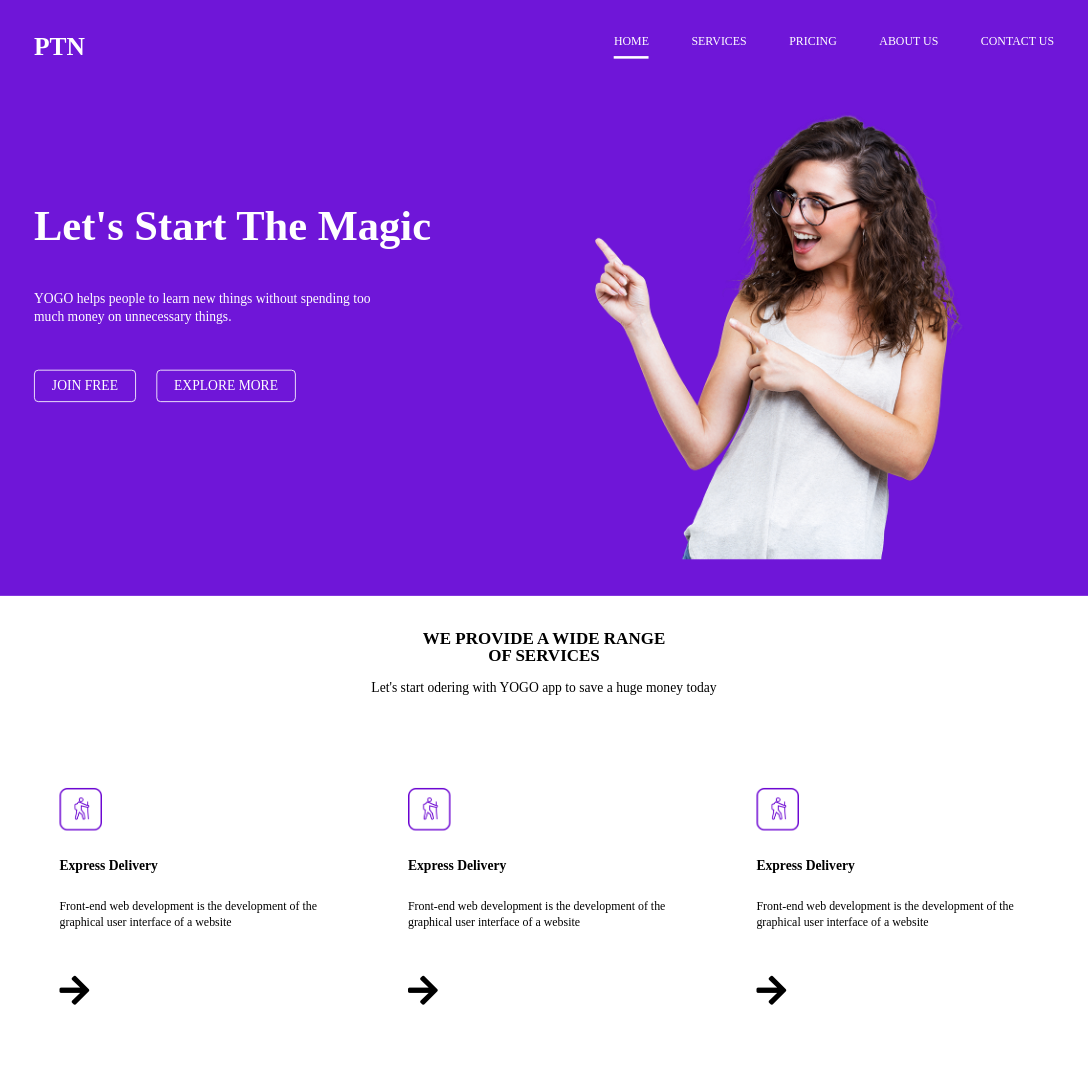
Repository: PhamTrungNguyen/LuyenTap
Page: index.html
These files come from the project's save history. The page is drawn as it stood at one moment and after the next save; the edit follows.
The browser window is 1280 px wide. The pictures show the whole page, at 85% of full size.
Some web fonts or font styles are not loaded; a fallback is used. The style sheet was rebuilt from its Sass, Less or Tailwind sources for each picture, by a compiler version that may differ from the author's.

Above is the page before, as saved 2021-12-05 20:03:48.

### index.html
<!DOCTYPE html>
<html lang="en">

<head>
    <meta charset="UTF-8">
    <meta http-equiv="X-UA-Compatible" content="IE=edge">
    <meta name="viewport" content="width=device-width, initial-scale=1.0">
    <title>TN_YoGo</title>
    <link rel="stylesheet" href="./reset.css">
    <link rel="stylesheet" href="./style.css">
    <!-- link truyền icon -->
    <link rel="stylesheet" href="https://cdnjs.cloudflare.com/ajax/libs/font-awesome/5.15.3/css/all.min.css"
        integrity="sha512-iBBXm8fW90+nuLcSKlbmrPcLa0OT92xO1BIsZ+ywDWZCvqsWgccV3gFoRBv0z+8dLJgyAHIhR35VZc2oM/gI1w=="
        crossorigin="anonymous" referrerpolicy="no-referrer" />
    <!-- link font chữ -->
    <link
        href="https://fonts.googleapis.com/css2?family=Roboto:ital,wght@0,300;0,400;1,300;1,400&family=Zen+Loop&display=swap"
        rel="stylesheet">
</head>

<body>
    <!-- -------------------- Logo và menu -------------------- -->
    <header class="header">
        <div class="container">
            <div class="header-main">
                <a href="#" class="header-main_logo">PTN</a>
                <ul class="header-main_menu">
                    <li class="header-main_menu__item">
                        <a href="" class="header-main_menu__link active-home">Home</a>
                    </li>
                    <li class="header-main_menu__item">
                        <a href="" class="header-main_menu__link">Services</a>
                    </li>
                    <li class="header-main_menu__item">
                        <a href="" class="header-main_menu__link">Pricing</a>
                    </li>
                    <li class="header-main_menu__item">
                        <a href="" class="header-main_menu__link">About Us</a>
                    </li>
                    <li class="header-main_menu__item">
                        <a href="" class="header-main_menu__link">Contact Us</a>
                    </li>
                </ul>
            </div>
            <!-- -------------------- Phần header trung tâm -------------------- -->
            <div class="header-center">
                <div class="header-left">
                    <h2 class="header-left_title">Let's Start The Magic</h2>
                    <p class="header-left_desc">YOGO helps people to learn new things without spending too much money on
                        unnecessary things.</p>
                    <div class="header-left_click">
                        <a href="" class="header-left_link">join free</a>
                        <a href="" class="header-left_link">explore more</a>
                    </div>
                </div>
                <div class="header-right">
                    <img src="./images/home-pic.png" alt="" class="header-right_image">
                </div>
            </div>
        </div>
    </header>
    <!-- -------------------- Phần service ( dưới header ) -------------------- -->
    <section class="service">
        <div class="container">
            <div class="service-over">
                <h2 class="service-over_title">we provide a wide range of services</h2>
                <p class="service-over_desc">Let's start odering with YOGO app to save a huge money today</p>
            </div>
            <div class="service-below">
                <div class="service-below--list">
                    <div class="service-below--block">
                        <img src="./images/Icon-1.png" alt="" class="service-below_icon">
                        <h3 class="service-below_title">Express Delivery</h3>
                        <span class="service-below_desc">Front-end web development is the development of the graphical user interface of a website</span>
                        <div class="service-below_item">
                            <i class="fas fa-arrow-right"></i>
                        </div>
                    </div>
                </div>
                <div class="service-below--list">
                    <div class="service-below--block">
                        <img src="./images/Icon-1.png" alt="" class="service-below_icon">
                        <h3 class="service-below_title">Express Delivery</h3>
                        <span class="service-below_desc">Front-end web development is the development of the graphical user interface of a website</span>
                        <div class="service-below_item">
                            <i class="fas fa-arrow-right"></i>
                        </div>
                    </div>
                </div>
                <div class="service-below--list">
                    <div class="service-below--block">
                        <img src="./images/Icon-1.png" alt="" class="service-below_icon">
                        <h3 class="service-below_title">Express Delivery</h3>
                        <span class="service-below_desc">Front-end web development is the development of the graphical user interface of a website</span>
                        <div class="service-below_item">
                            <i class="fas fa-arrow-right"></i>
                        </div>
                    </div>
                </div>

            </div>
        </div>
    </section>

</body>

</html>

### reset.css
/* http://meyerweb.com/eric/tools/css/reset/
   v2.0 | 20110126
   License: none (public domain)
*/

html,
body,
div,
span,
applet,
object,
iframe,
h1,
h2,
h3,
h4,
h5,
h6,
p,
blockquote,
pre,
a,
abbr,
acronym,
address,
big,
cite,
code,
del,
dfn,
em,
img,
ins,
kbd,
q,
s,
samp,
small,
strike,
strong,
sub,
sup,
tt,
var,
b,
u,
i,
center,
dl,
dt,
dd,
ol,
ul,
li,
fieldset,
form,
label,
legend,
table,
caption,
tbody,
tfoot,
thead,
tr,
th,
td,
article,
aside,
canvas,
details,
embed,
figure,
figcaption,
footer,
header,
hgroup,
menu,
nav,
output,
ruby,
section,
summary,
time,
mark,
audio,
video {
  margin: 0;
  padding: 0;
  border: 0;
  font-size: 100%;
  font: inherit;
  vertical-align: baseline;
}
/* HTML5 display-role reset for older browsers */
article,
aside,
details,
figcaption,
figure,
footer,
header,
hgroup,
menu,
nav,
section {
  display: block;
}
body {
  line-height: 1;
}
ol,
ul {
  list-style: none;
}
blockquote,
q {
  quotes: none;
}
blockquote:before,
blockquote:after,
q:before,
q:after {
  content: "";
  content: none;
}
table {
  border-collapse: collapse;
  border-spacing: 0;
}

### style.scss
html {
  font-size: 62.5%;
}
* {
  box-sizing: border-box;
}
body {
  font-family: "Bona Nova", serif;
  font-size: 1.6rem;
  font-weight: normal;
  outline: none;
}
a {
  text-decoration: none;
}
img {
  max-width: 100%;
}
.container {
  padding: 4rem;
}
.active-home {
  border-bottom: 3px solid white !important;
  padding-bottom: 10px;
}
.header {
  //-------------------- Logo và menu --------------------
  background-color: #6f16d8;
  &-main {
    // max-width: 1100px;
    display: flex;
    flex-direction: row;
    justify-content: space-between;
    &_logo {
      display: inline-block;
      text-transform: uppercase;
      font-size: 3rem;
      font-weight: 700;
      color: white;
    }
    &_menu {
      cursor: pointer;
      display: flex;
      flex-direction: row;
      position: relative;
      &__item:not(:last-child) {
        margin-right: 5rem;
      }
      &__link {
        text-transform: uppercase;
        display: inline-block;
        color: white;
        font-size: 1.4rem;
        border-bottom: 2px solid transparent;
        padding-bottom: 10px;
        transition: all 0.25s linear;
      }
      &__link:hover {
        color: black;
        border-bottom: 3px solid white;
      }
    }
  }
}
@media screen and (max-width: 767px) {
  .container {
    padding: 3rem;
  }
  .header-main {
    display: block;
    &_logo {
      display: block;
      text-align: center;
      padding-bottom: 1rem;
    }
  }
  .header-main_menu__item:not(:last-child) {
    margin-right: 1.4rem;
  }
  .header-main_menu__link {
    font-size: 1.5rem;
    text-transform: capitalize;
  }
}
//-------------------- Phần header trung tâm --------------------
.header {
  &-center {
    padding-top: 15rem;
    display: flex;
    justify-content: space-between;
  }
  &-left {
    margin-top: 2rem;
    &_title {
      color: white;
      font-size: 5rem;
      font-weight: bold;
      padding-bottom: 5rem;
    }
    &_desc {
      color: white;
      max-width: 400px;
      line-height: 1.4;
      padding-bottom: 5rem;
    }
    &_link {
      display: inline-block;
      padding: 1rem 2rem;
      color: white;
      text-transform: uppercase;
      border-radius: 0.5rem;
      border: 1px solid white;
      transition: all 0.25s linear;
      margin-right: 2rem;
    }
    &_link:hover {
      background-color: #fff;
      color: black;
    }
  }
  &-right {
    margin-right: 10rem;
    margin-top: -10rem;
    &_image {
      width: 45rem;
    }
  }
}
@media screen and (max-width: 1023px) {
  .header-left {
    margin-top: 0rem;
  }
  .header-center {
    padding-top: 8rem;
  }
  .header-right {
    margin-right: 0rem;
    margin-top: -3rem;
  }
  .header-left_title {
    padding-bottom: 3rem;
  }
  .header-left_desc {
    max-width: 350px;
    padding-bottom: 4rem;
  }
}
@media  screen and (max-width:767px){
  .header-center {
    padding-top: 4rem;
}
  .header-left_title {
    font-size: 2rem;
    padding-bottom: 2rem;
}
.header-right_image {
  width: 50rem;
  height: 24rem;
}
.header-right {
  margin-right: -3rem;
  margin-top: 0rem;
}
.header-left_desc {
  line-height: 1.2;
  padding-bottom: 0rem;
  font-size: 1.2rem;
}
.header-left_link {
  margin-top: 2rem;
  padding: 0.5rem 1rem;
  font-size: 1.5rem;
  margin-right: 0rem;
  max-width: 10rem;
  text-align: center;
}
}
//-------------------- Phần service ( dưới header ) --------------------
.service
{
  &-over
  {
    padding-bottom: 5rem;
    text-align: center;
    &_title
    {
      margin: 0 auto;
      text-transform: uppercase;
      color: black;
      font-size: 2rem;
      font-weight: 600;
      max-width:300px;
      padding-bottom: 2rem;
    }
  }
  &-below
  {

    display:flex;
    flex-wrap: wrap;
    &--block{
      padding:6rem 3rem 4rem 3rem;
      // background-color: #6f16d8;
      border-radius:1rem;
      transition: all 0.75s ease;
    }
    &--list{
      width: calc(33.33% - 2rem);

    }
    &--list:hover{
      .service-below--block{
        background-color: #6f16d8
      }
      .service-below_title , .service-below_desc,.service-below_item {
        transition: all 0.75s ease;
        color:white;
      }


    }
    &--list:not(:last-child)
    {
      margin-right: 3rem;

    }
    &_icon {
     width:5rem;
     height:5rem;
     margin-bottom: 3rem;
    }
    &_title{
      color: black;
      font-weight: 600;
      padding-bottom: 3rem;
      // transition: all 0.5s ease;
    }
    &_desc{
      color: black;
      line-height:1.4;
      word-break: break-word;
      font-size: 1.4rem;
      // transition: all 0.5s ease;
    }
    &_item{
      padding-top: 5rem;
      font-size: 4rem;
    }
  }
}

After the next save:
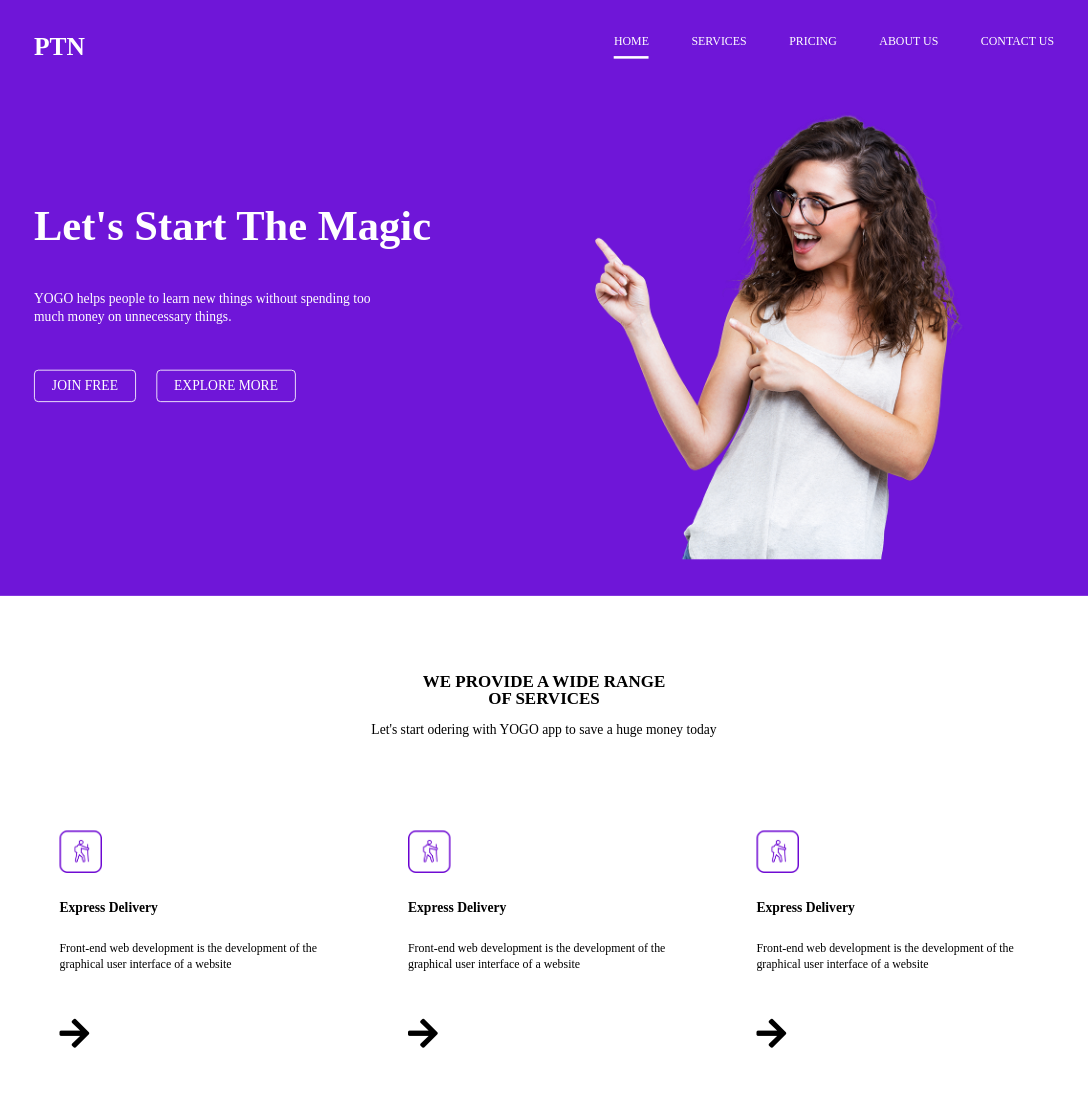
Saved 20 s later.
--- a/style.scss
+++ b/style.scss
@@ -178,6 +178,7 @@ img {
 //-------------------- Phần service ( dưới header ) --------------------
 .service
 {
+  padding-top: 5rem;
   &-over
   {
     padding-bottom: 5rem;
